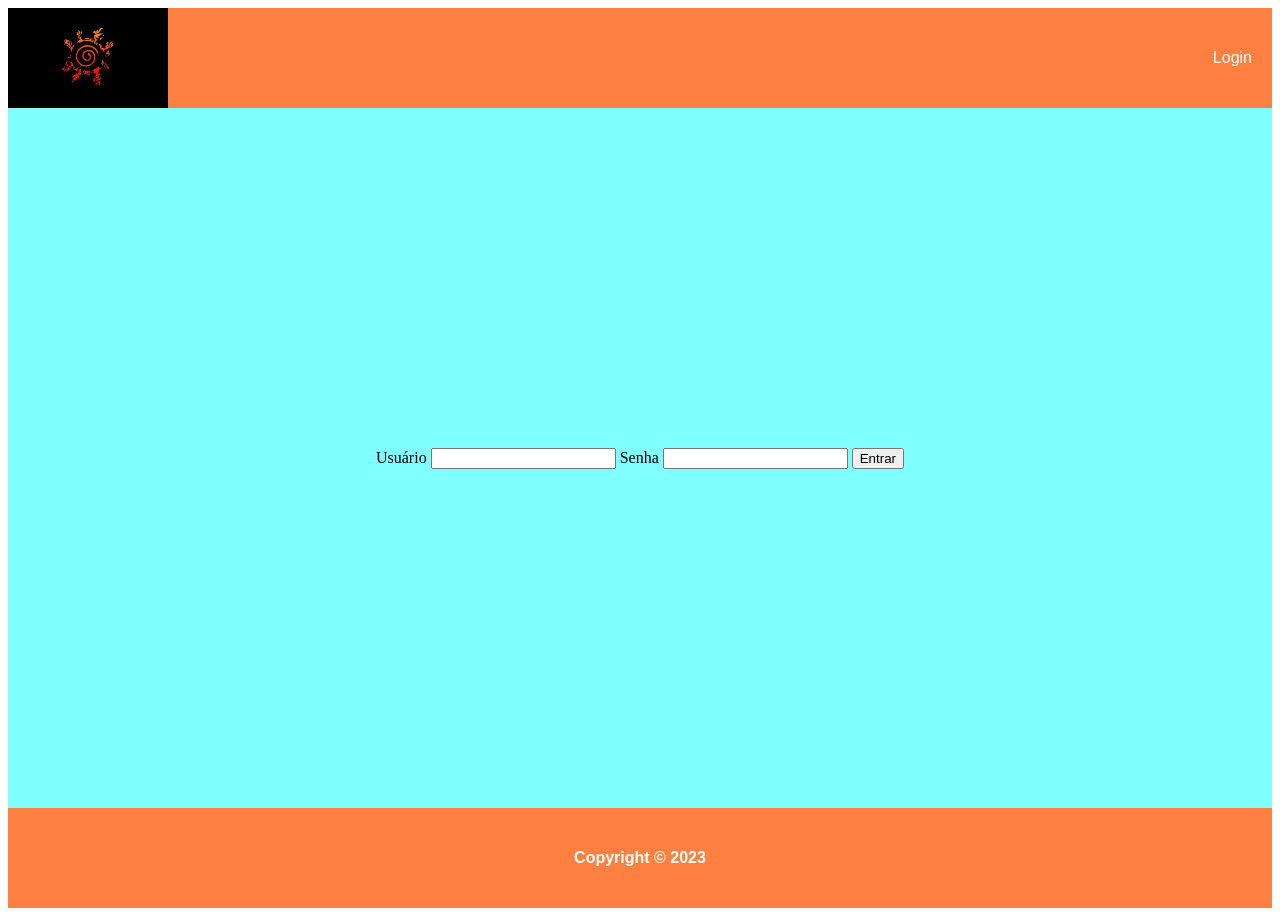
Repository: Jvmferreira/projeto-final-
Page: http://localhost/FinalWeb/
The author's editor kept a copy of each file at every save. The page is drawn from the files as they stood at one save, then again after the next save.
The browser window is 1280 px wide. The pictures show the whole page.
The page is served by Tomcat 9.

Above is the page before, as saved 2023-04-12 13:57:20.

After the next save:
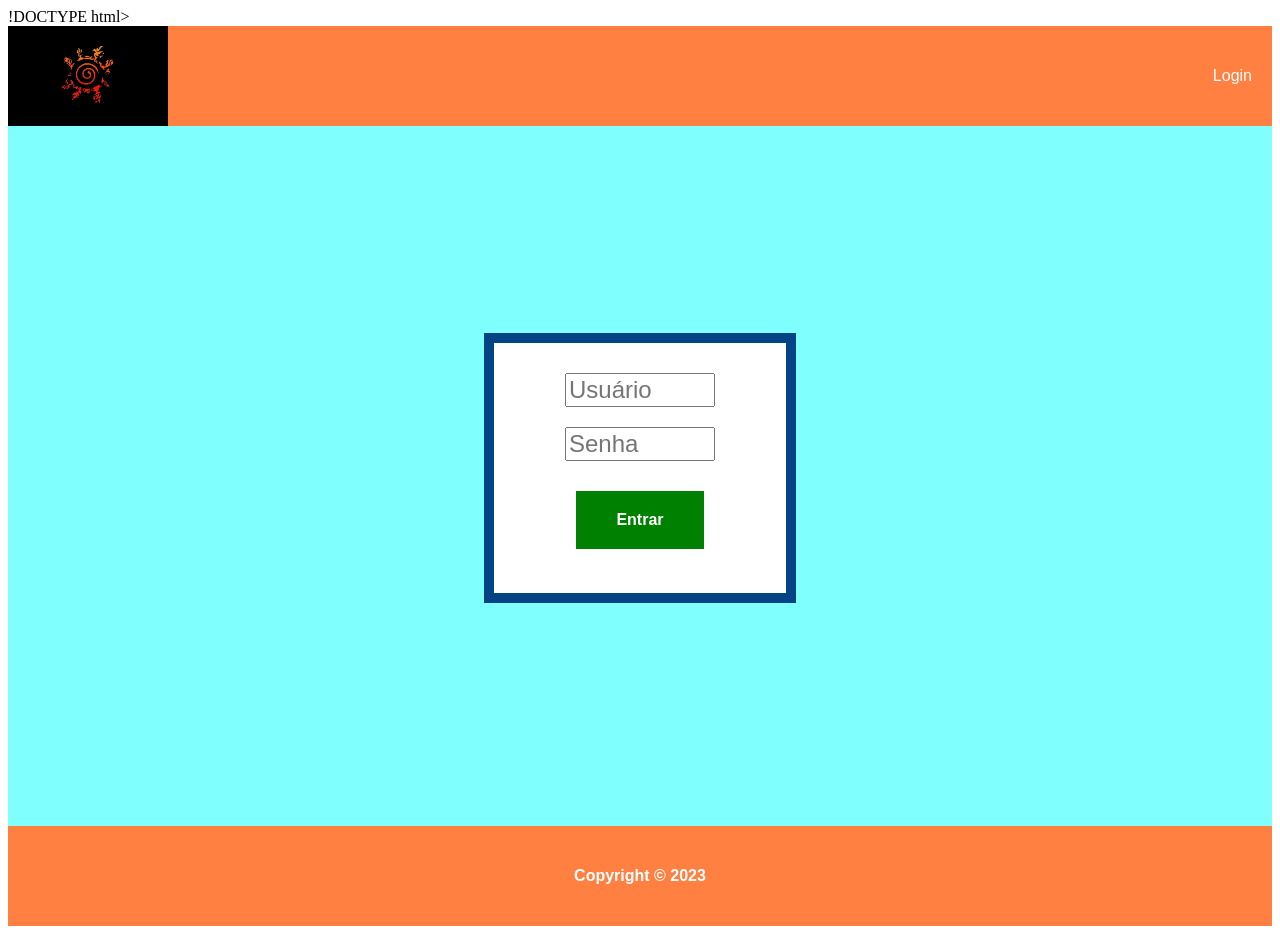
Saved 7 min 28 s later.
--- a/FinalWeb/src/main/webapp/index.jsp
+++ b/FinalWeb/src/main/webapp/index.jsp
@@ -1,4 +1,4 @@
-<!DOCTYPE html>
+!DOCTYPE html>
 <html>
 	<head>
 		<meta charset="ISO-8859-1">
@@ -13,12 +13,16 @@
 				<div id="menu">Login</div>
 			</div>
 			<div id="conteudo">
-				<form method="post" action="LoginServlet">
-					<label>Usuário</label>
-					<input type="text" id="txtUsuario" name="txtUsuario"/>
-					<label>Senha</label>
-					<input type="password" id="txtSenha" name="txtSenha"/>
-					<input type="submit" value="Entrar">
+				<form class="login" method="post" action="LoginServlet">
+					<div class="div-entrada">
+						<input class="entrada" placeholder="Usuário" type="text" id="txtUsuario" name="txtUsuario"/>
+					</div>
+					<div class="div-entrada">
+						<input class="entrada" placeholder="Senha" type="password" id="txtSenha" name="txtSenha"/>
+					</div>
+					<div class="barra">
+						<input class="botao" type="submit" value="Entrar">
+					</div>
 				</form>
 			</div>
 			<div id="rodape">Copyright &copy 2023</div>
